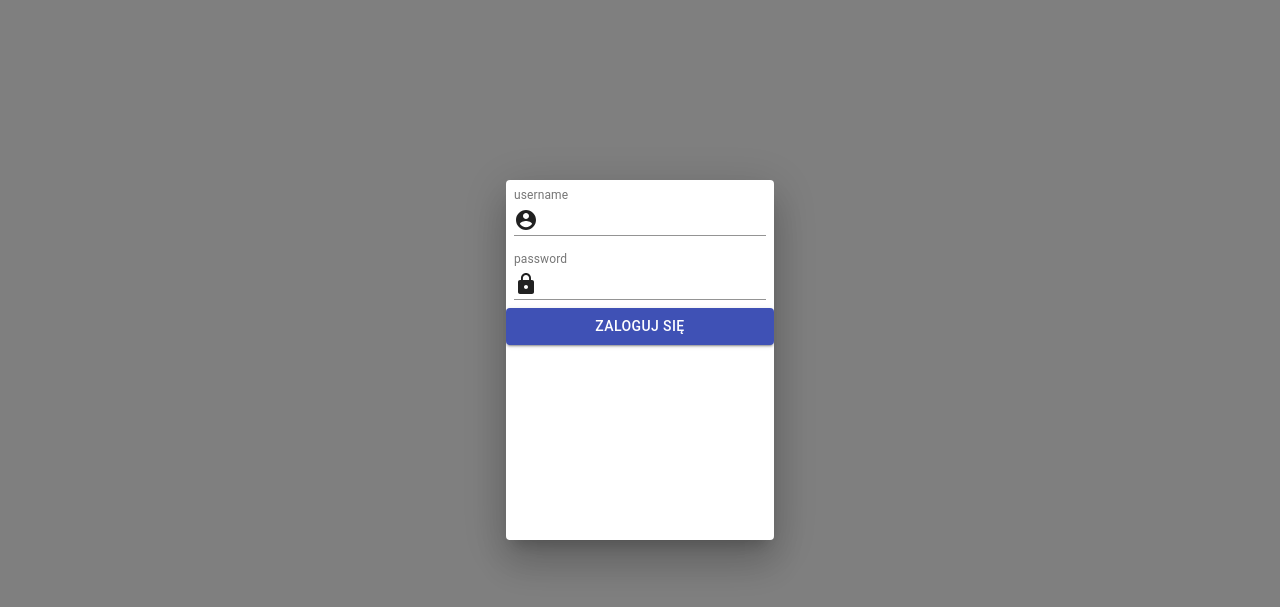
Repository: pgruca96/HappitsChanger
Page: /
These files come from the project's save history. The page is drawn as it stood at one moment and after the next save; the edit follows.
The browser window is 1280 px wide. The pictures show the whole page.
The project was rebuilt for these pictures with package versions that can differ from the ones it lists, and the page was loaded fresh each time. Also part of the build but not shown: src/App.css.

Above is the page before, as saved 2020-10-23 23:32:53.

After the next save:
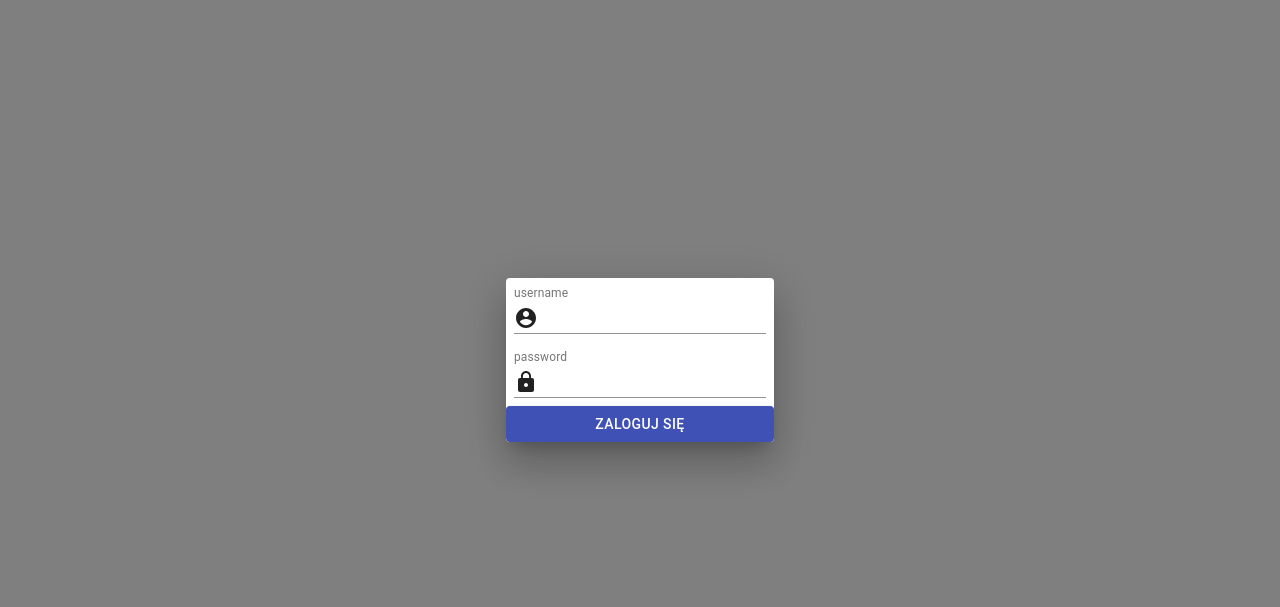
Saved 4 s later.
--- a/src/styles/Form.js
+++ b/src/styles/Form.js
@@ -4,7 +4,7 @@
   form: {
     display: "flex",
     flexDirection: "column",
-    height: "50vh",
+    height: "50%",
   },
   margin: {
     margin: theme.spacing(1),

After the 2 saves that followed:
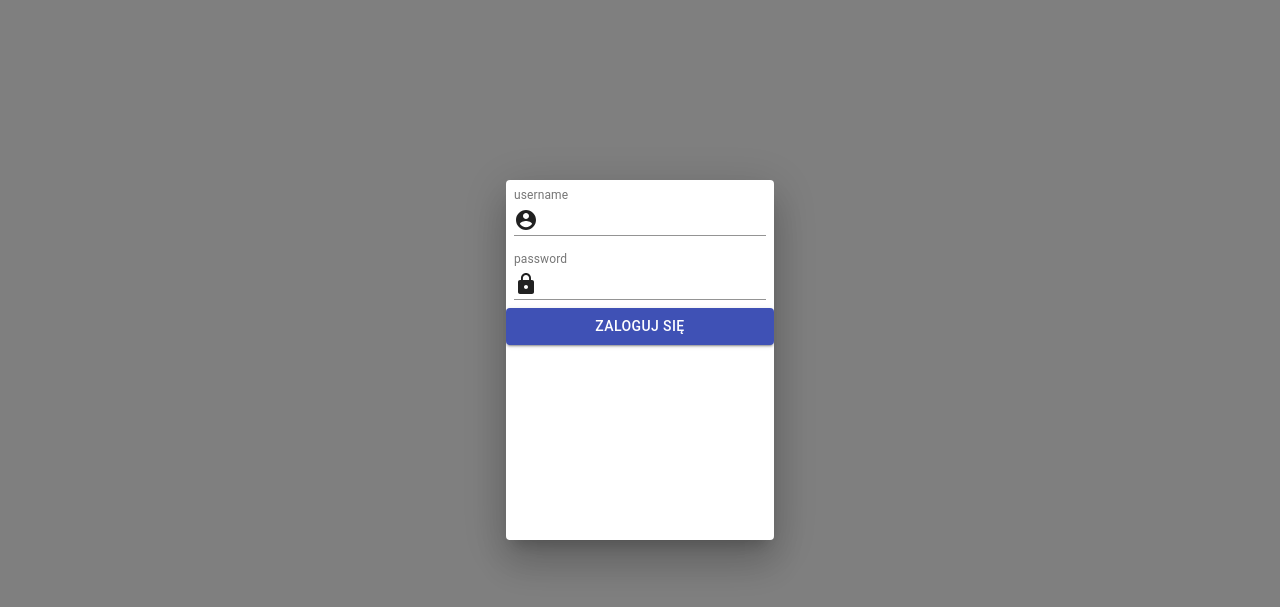
The 2 saves are shown as one change because they came seconds apart.
The last was saved 18 s later.
--- a/src/styles/Form.js
+++ b/src/styles/Form.js
@@ -4,7 +4,7 @@
   form: {
     display: "flex",
     flexDirection: "column",
-    height: "50%",
+    height: "50vh",
   },
   margin: {
     margin: theme.spacing(1),
